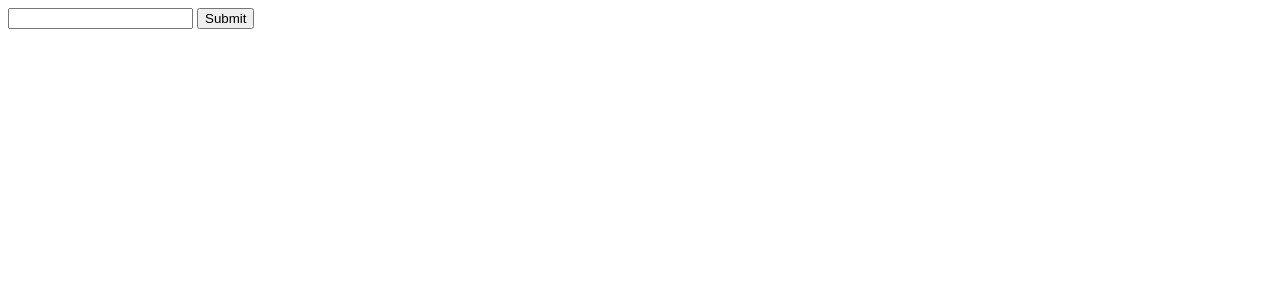
Repository: zaozaool/zaozaool.github.io.hexo
Page: source/ZZGoogle/index.html
The author's editor kept a record of every edit. The page is drawn from the files as they stood at one moment, then again after the next edit.
The browser window is 1280 px wide. The pictures show the whole page.

Above is the page before.

### source/ZZGoogle/index.html
<!DOCTYPE html>
<html>

<head>
    <meta charset="utf-8">
    <title>ZZ Google</title>
</head>

<body>

    <input type="text" />
    <input type="submit" />
</body>

</html>

After the next edit:
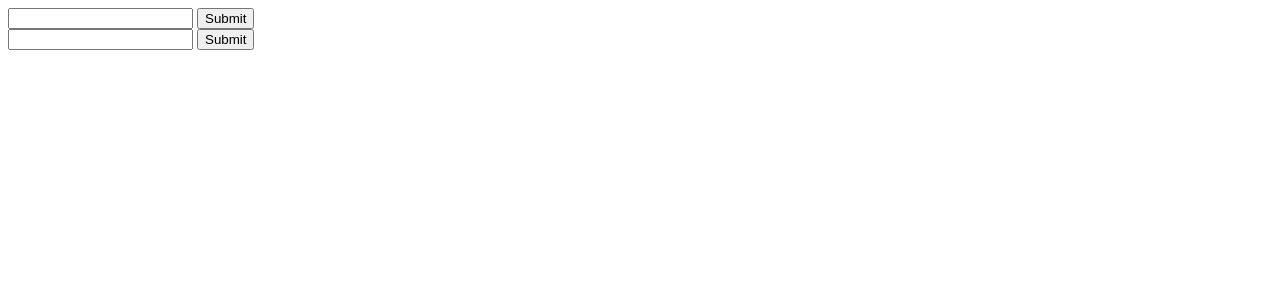
The edit:
--- a/source/ZZGoogle/index.html
+++ b/source/ZZGoogle/index.html
@@ -7,7 +7,10 @@
 </head>
 
 <body>
-
+    <form>
+        <input type="text" name=""/>
+        <input type="submit" value="Submit"/>
+    </form>
     <input type="text" />
     <input type="submit" />
 </body>

After the edit that followed:
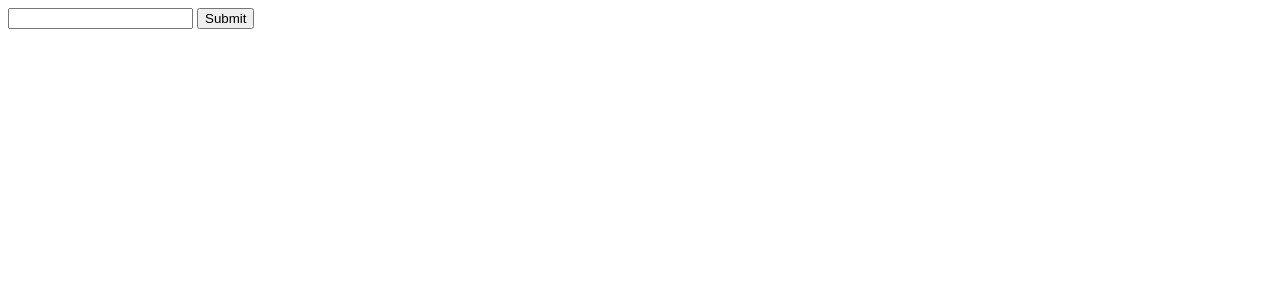
The edit:
--- a/source/ZZGoogle/index.html
+++ b/source/ZZGoogle/index.html
@@ -11,8 +11,6 @@
         <input type="text" name=""/>
         <input type="submit" value="Submit"/>
     </form>
-    <input type="text" />
-    <input type="submit" />
 </body>
 
 </html>
